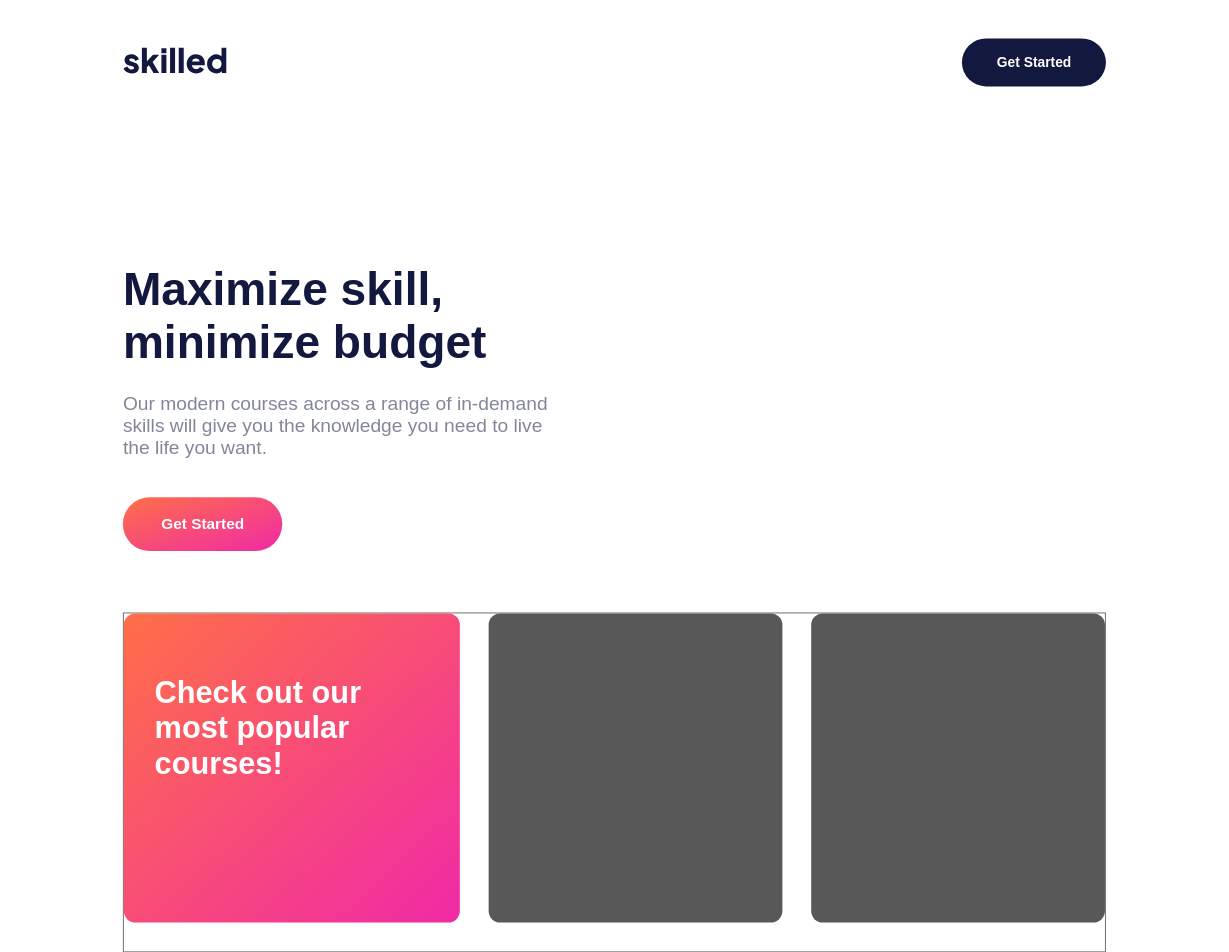
Repository: exe-walt/E-Learning-Landing-Page
Page: index.html
The author's editor kept a copy of each file at every save. The page is drawn from the files as they stood at one save, then again after the next save.
The browser window is 1280 px wide. The pictures show the whole page, at 96% of full size.
Some web fonts or font styles are not loaded; a fallback is used.

Above is the page before, as saved 2025-05-29 12:24:22.

After the next save:
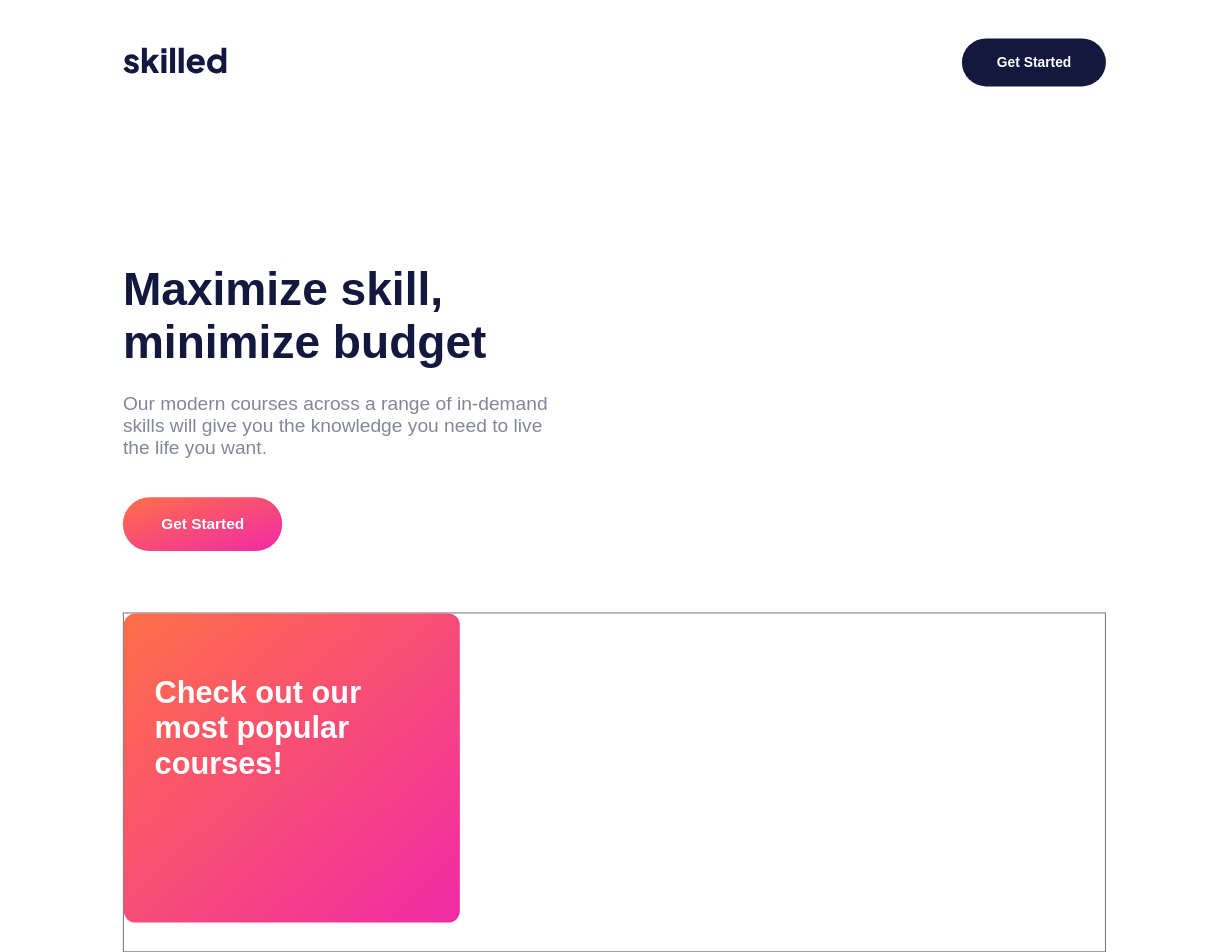
Saved 8 s later.
--- a/css/style.css
+++ b/css/style.css
@@ -129,8 +129,3 @@ body {
   padding-bottom: 138px;
   justify-content: center;
 }
-
-.animation-card, .design-card, .photography, .crypto, .business{
-  border-radius: 12px;
-  background:#585858;
-}
